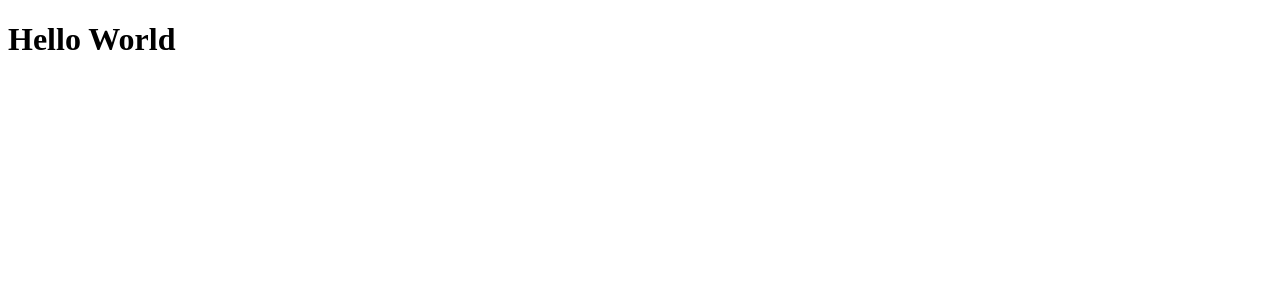
Repository: phunobi1807/quadraticEquation2
Page: index.html
An editor plug-in stored every save of this project. The page is shown before and after the next save, followed by the edit.
The browser window is 1280 px wide. The pictures show the whole page.

Above is the page before, as saved 2022-07-20 10:49:14.

### index.html
<!DOCTYPE html>
<html lang="en">
<head>
    <meta charset="UTF-8">
    <meta http-equiv="X-UA-Compatible" content="IE=edge">
    <meta name="viewport" content="width=device-width, initial-scale=1.0">
    <title>Document</title>
    <script src="./myjs.js"></script>
    <link rel="stylesheet" href="./styles.css">
</head>
<body>
    <h1>Hello World</h1>
</body>
</html>

Loaded but not shown: myjs.js (no copy from this time; the picture is the same without it); styles.css (no copy from this time; the picture is the same without it)

After the next save:
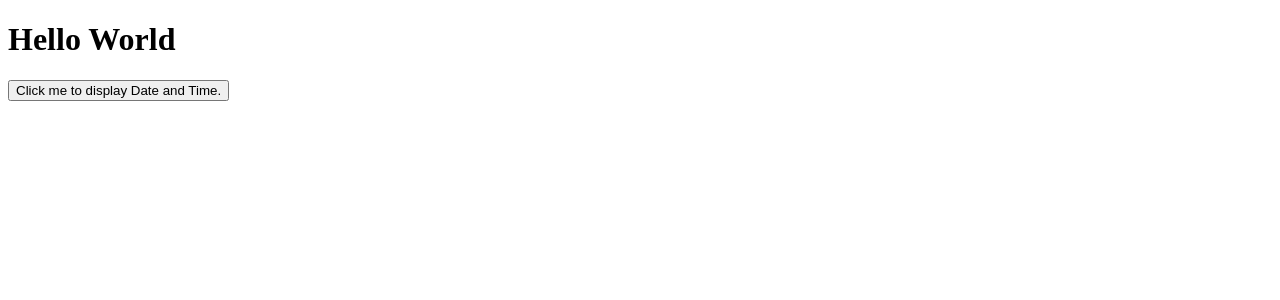
Saved 11 min 31 s later.
--- a/index.html
+++ b/index.html
@@ -10,5 +10,8 @@
 </head>
 <body>
     <h1>Hello World</h1>
+    <button type="button" onclick="document.getElementById('demo').innerHTML = Date()">
+        Click me to display Date and Time.</button>
+
 </body>
 </html>
